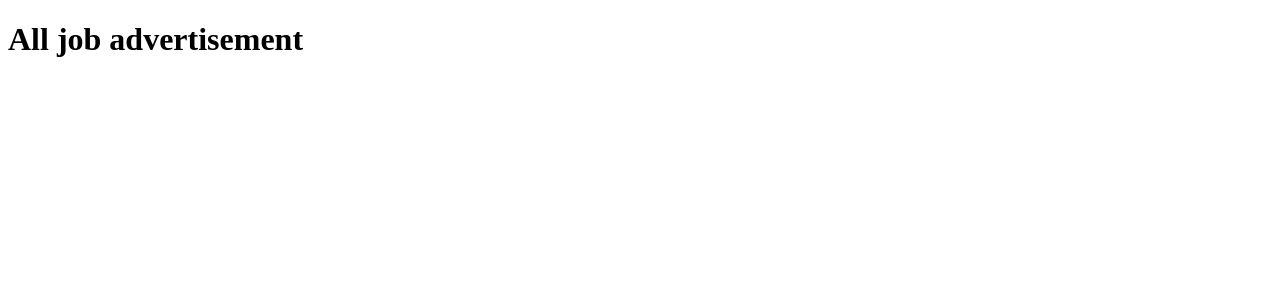
Repository: Zoli1212/ai-diploma
Page: http://localhost/AllasPortal/viewJobs
The author's editor kept a copy of each file at every save. The page is drawn from the files as they stood at one save, then again after the next save.
The browser window is 1280 px wide. The pictures show the whole page.
The page is served by Tomcat 9. Queries for data that is not in the repository find no rows.

Above is the page before, as saved 2020-10-12 17:16:54.

After the next save:
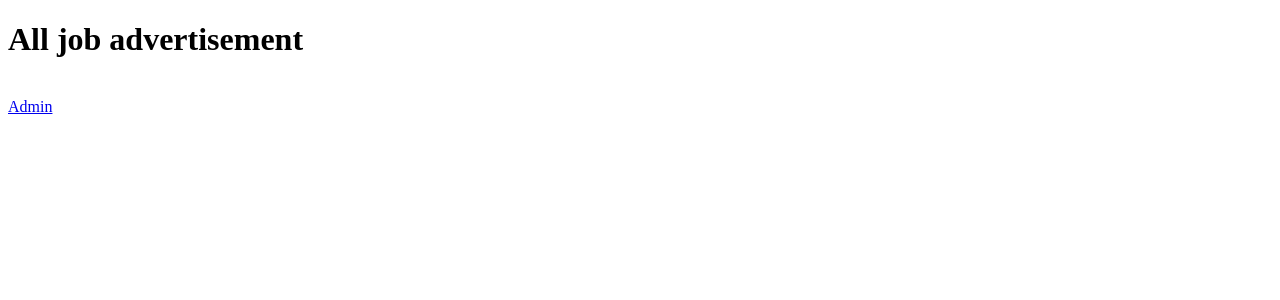
Saved 56 s later.
--- a/AllasPortal/WebContent/viewJobs.jsp
+++ b/AllasPortal/WebContent/viewJobs.jsp
@@ -30,7 +30,7 @@
 
 <div>
 <div class="link">
-
+<a href="<%=request.getContextPath()%>/RemoveJob">Admin</a>
 
 </div>
 
